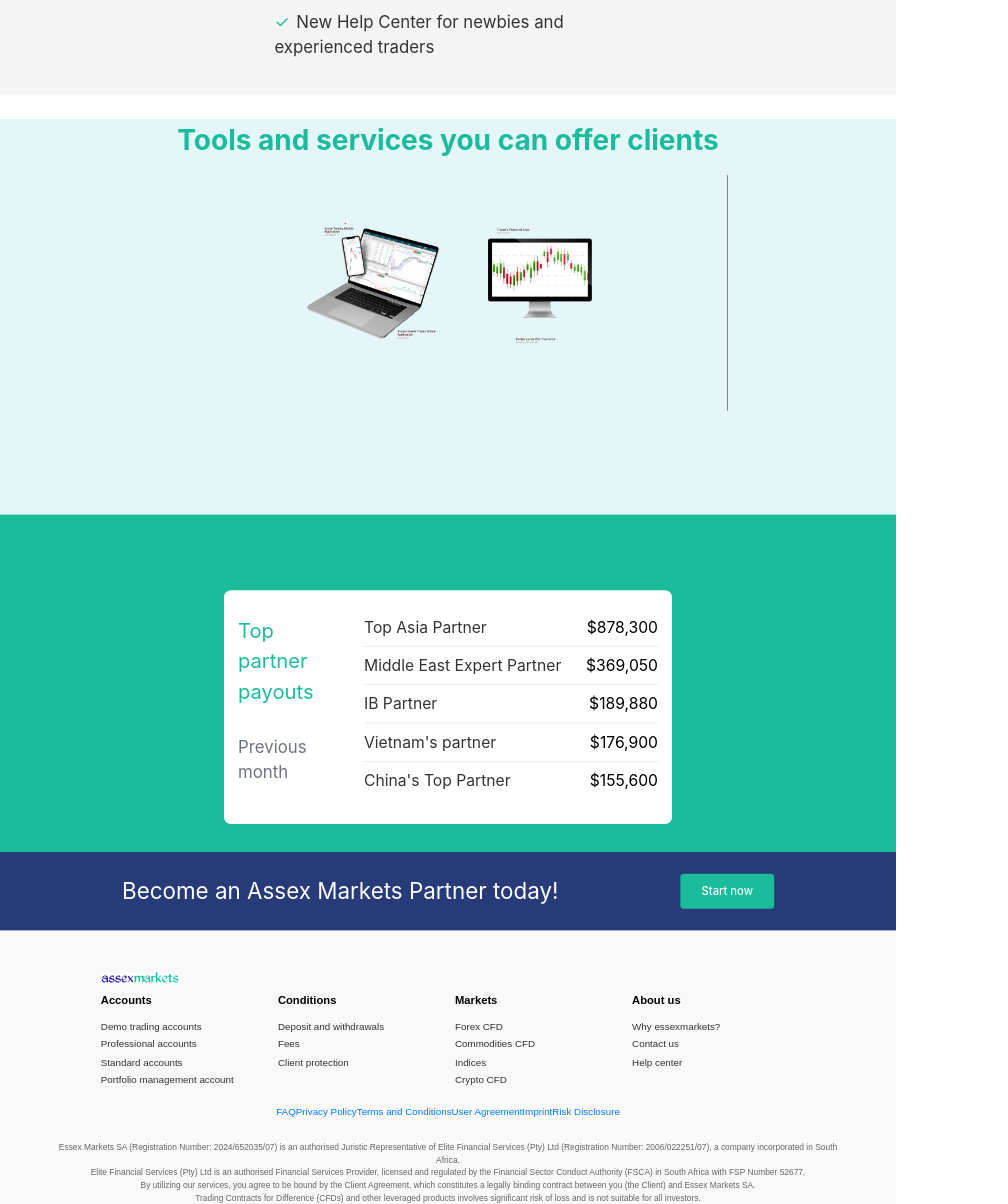
Repository: RevenewMarketing/Assex
Page: /partner
The author's editor kept a copy of each file at every save. The page is drawn from the files as they stood at one save, then again after the next save.
The browser window is 1280 px wide. The page is 1280 px wide, then 1440 px, so the pictures cover 1440 px, including what lies to the right of the window. The pictures show the part of the page from y = 3613 to 5333 px (the page is 5462 px tall before and 4977 px after), at 70% of full size.
The project was rebuilt for these pictures with package versions that can differ from the ones it lists, and the page was loaded fresh each time. Also part of the build but not shown: vite.config.ts, src/pages/home/sections/HeroSection.module.css, src/pages/home/sections/HeroSection.tsx, src/pages/home/sections/Section2.tsx, src/pages/home/sections/Section3.tsx, src/pages/home/sections/Section4.tsx, src/pages/home/sections/Section5.tsx, src/pages/home/sections/Section6.tsx and 10 more.

Above is the page before, as saved 2024-11-28 01:33:45.

### index.html
<!doctype html>
<html lang="en">
  <head>
    <meta charset="UTF-8" />
    <link rel="icon" type="image/svg+xml" href="/vite.svg" />
    <meta name="viewport" content="width=device-width, initial-scale=1.0" />
    <title>Assex</title>
  </head>
  <body>
    <div id="root"></div>
    <script type="module" src="/src/main.tsx"></script>
  </body>
</html>

### src/index.css
:root {
  font-family: Inter, system-ui, Avenir, Helvetica, Arial, sans-serif;
  line-height: 1.5;
  font-weight: 400;
  color-scheme: light dark;
  color: rgba(255, 255, 255, 0.87);
  background-color: #ffffff;
  font-synthesis: none;
  max-width: 1920px;
  margin: auto;
  text-rendering: optimizeLegibility;
  -webkit-font-smoothing: antialiased;
  -moz-osx-font-smoothing: grayscale;
}

a {
  font-weight: 500;
  color: #646cff;
  text-decoration: inherit;
}

a:hover {
  color: #535bf2;
}

body {
  margin: 0;
  display: flex;
  place-items: center;
  min-width: 320px;
  min-height: 100vh;
  background-color: #FFF;
  /* align-content: center; */
  flex-direction: column;
  justify-content: flex-start;
}

h1 {
  font-size: 3.2em;
  line-height: 1.1;
}

button {
  border-radius: 8px;
  border: 1px solid transparent;
  padding: 0.6em 1.2em;
  font-size: 1em;
  font-weight: 500;
  font-family: inherit;
  background-color: #1a1a1a;
  cursor: pointer;
  transition: border-color 0.25s;
}

button:hover {
  border-color: #646cff;
}

button:focus,
button:focus-visible {
  outline: 4px auto -webkit-focus-ring-color;
}

@media (prefers-color-scheme: light) {
  :root {
    color: #213547;
    background-color: #ffffff;
  }

  a:hover {
    color: #747bff;
  }

  button {
    background-color: #f9f9f9;
  }
}

### src/App.tsx

import './App.css'
// import Navigation from './pages/home/Navigation'
import NavigationMenu from './components/navigation-menu/NavigationMenu'

import { BrowserRouter, Route, Routes } from 'react-router';
import Home from './pages/home/Home';
import Footer from './components/footer-section/Footer';
import About from './pages/about/About';
import Partner from './pages/partner/Partner';

function App() {

  return (
    <>
    <BrowserRouter>
    <NavigationMenu />
    <Routes>
      <Route path="/" element={<Home />} />
      <Route path="/about" element={<About />} />
      <Route path="/partner" element={<Partner />} />
      {/* Define other routes */}
    </Routes>
    <Footer />
  </BrowserRouter>


    </>
  )
}

export default App

### src/App.css
#root {
  max-width: 1920px;
  width: 100%;
  margin: 0 auto;
  padding: 0;
  text-align: center;
}

.logo {
  height: 6em;
  padding: 1.5em;
  will-change: filter;
  transition: filter 300ms;
}
.logo:hover {
  filter: drop-shadow(0 0 2em #646cffaa);
}
.logo.react:hover {
  filter: drop-shadow(0 0 2em #61dafbaa);
}

@keyframes logo-spin {
  from {
    transform: rotate(0deg);
  }
  to {
    transform: rotate(360deg);
  }
}

@media (prefers-reduced-motion: no-preference) {
  a:nth-of-type(2) .logo {
    animation: logo-spin infinite 20s linear;
  }
}

.card {
  padding: 2em;
}

.read-the-docs {
  color: #888;
}

/* Auth Buttons */
.authButtons {
  /* margin-left: auto; */
  display: flex;
  gap: 10px;
}

### src/pages/partner/Partner.tsx
import Section1 from "./sections/Section1"
import Section2 from "./sections/Section2"
import Section3 from "./sections/Section3"
import Section4 from "./sections/Section4"


const Partner = () => {
  return (
    <div>
      <Section1 />
      <Section2 />
      <Section3 />
      <Section4 />
    </div>
  )
}

export default Partner

### src/components/navigation-menu/NavigationMenu.module.css
.navigationContainer {
  position: relative;
  font-family: Arial, sans-serif;
}

/* Navigation Bar */
.navigationBar {
  position: fixed;
  top: 0;
  left: 0;
  width: 100%;
  display: flex;
  background-color: #ffffff;
  padding: 10px 20px;
  box-sizing: border-box;
  z-index: 1001;
  justify-content: center;
}

/* Menu Item Container */
.menuItemContainer {
  margin-right: 20px;
}

/* Menu Items */
.menuItem {
  background: none;
  border: none;
  color: rgb(34, 34, 34);
  font-size: 16px;
  cursor: pointer;
  transition: opacity 0.3s;
}

.menuItem:hover {
  opacity: 0.7;
}

.active {
  opacity: 0.5;
}



.languageSelector {
  margin-left: 20px;
  display: flex;
  align-items: center;
  font-size: 14px;
  color: #000000d8;
  cursor: pointer;
}

.globeIcon {
  margin-right: 5px;

}

/* Submenu */
.submenu {
  position: fixed;
  top: 50px;
  left: 0;
  width: 100%;
  height: 300px;
  background-color: #ffffff;
  box-shadow: 0 4px 8px rgba(0, 0, 0, 0.2);
  padding: 20px;
  box-sizing: border-box;
  z-index: 1000;
  opacity: 0;
  transform: translateY(-100%);
}

.submenuContent {
  display: flex
  ;
      justify-content: flex-start;
      gap: 10dvw;
      padding: 0 5dvw;
}

.submenuSection h4 {
  color: #0000003d;
}

.submenuSection {
  text-align: left;
}

.submenuSection a {
  color: #000000;
  text-decoration: none;
  cursor: pointer;
  transition: color 0.3s;
}

.submenuSection a:hover {
  color: #00b074;
  transition: color 0.3s;
}

/* Fade In Animation */
.fadeIn {
  animation: slide-in-top 0.3s cubic-bezier(0.25, 0.46, 0.45, 0.94) forwards;
}

@keyframes slide-in-top {
  0% {
    transform: translateY(-100%);
    opacity: 0;
  }
  100% {
    transform: translateY(0);
    opacity: 1;
  }
}

/* Fade Out Animation */
.fadeOut {
  animation: slide-out-top 0.3s cubic-bezier(0.25, 0.46, 0.45, 0.94) forwards;
}

@keyframes slide-out-top {
  0% {
    transform: translateY(0);
    opacity: 1;
  }
  100% {
    transform: translateY(-100%);
    opacity: 0;
  }
}

/* Overlay */
.overlay {
  position: fixed;
  top: 50px;
  left: 0;
  width: 100%;
  height: calc(100% - 50px);
  background: rgba(0, 0, 0, 0.5);
  z-index: 999;
  opacity: 0;
  visibility: hidden;
  transition: opacity 0.3s ease, visibility 0.3s ease;
}

.fadeInOverlay {
  opacity: 1;
  visibility: visible;
  backdrop-filter: blur(5px);
}

.fadeOutOverlay {
  opacity: 0;
  visibility: hidden;
}

/* Page Content */
.pageContent {
  /* padding: 80px 20px 20px 20px; */
  transition: opacity 0.3s;
}

.dimmed {
  opacity: 0.3;
}

### src/components/ReusableButton.tsx

import styles from './GlobalComponentStyles.module.css';

type Props = {
  link?: string;
  text: string;
  type: 'register' | 'sign-in' | 'logout' | 'profile' | 'settings' | 'help' | 'free-trial' | 'learn-more' | 'dark' | 'light';
};

export default function ReusableButton({ link, text, type }: Props) {
  return (
      <button
      style={{
        backgroundColor: type === 'register' ? '#19BC9C' :
        type === 'sign-in' ? '#F4F6F7' :
        type === 'logout' ? '#FF6347' :
        type === 'profile' ? '#FFA07A' :
        type === 'settings' ? '#FF7F50' :
        type === 'help' ? '#FFA500' :
        type === 'free-trial' ? '#FFD700' :
        type === 'learn-more' ? '#FF4500' :
        type === 'dark' ? '#4C4B4D' :
        type === 'light' ? '#fff' : '#000',
        color: type === 'dark' ? '#fff' : '#000'
      }}
        className={styles.registerButton}
        onClick={() => window.open(link, '_blank')}
      >{text}
      </button>

  );
}

### src/components/footer-section/FooterStyles.module.css
.footerContainer {
  background-color: #f9f9f9;
  color: #333;
  padding: 60px 20px;
  font-family: Arial, sans-serif;
  font-size: 14px;
  line-height: 1.8;
}

.footerContainer h4 {
  font-size: 16px;
  font-weight: bold;
  margin-bottom: 10px;
  color: #000;
  text-align: left;
  margin-top: 0;
}

.footerContainer ul {
  list-style-type: none;
  padding: 0;
  margin: 0;
  text-align: left;
}

.footerContainer ul li {
  margin-bottom: 0px;
  cursor: pointer;
}

.footerContainer ul li:hover {
  color: #00b894;
}

.footerContainer .columnsContainer {
  display: flex;
  justify-content: space-between;
  gap: 20px;
  flex-wrap: wrap;
  margin-bottom: 40px;
  width: 80%;
  margin: auto;
}

.footerContainer .columnsContainer>div {
  flex: 1;
  min-width: 180px;
  /* Ensures alignment and proper spacing */
}



.footerContainer .linksContainer {
  text-align: center;
  margin: 20px 0 30px;
}

.footerContainer .linksContainer a {
  color: #007bff;
  text-decoration: none;
  margin: 0px;
  font-size: 14px;
}

.footerContainer .linksContainer a:hover {
  text-decoration: underline;
}

.footerContainer .details {
  font-size: 12px;
  color: #666;
  line-height: 1.5;
  margin: 20px auto;
  text-align: center;
  width: 90%;
}

.footerContainer .details p {
  margin-bottom: 15px;
}

.footerContainer .logoContainer {
  text-align: left;
  margin: auto;
  width: 80%;
}

.footerContainer .logoContainer img {
  max-width: 150px;
}

.footerContainer .copyright {
  text-align: center;
  font-size: 14px;
  margin-top: 30px;
}

.details p {
  margin: 0 !important;
}

### src/pages/partner/sections/Section1.tsx
import styles from './Section1.module.css';
import backgroundImage from '../../../assets/pages/Partner/1-hero-banner-partner.jpg';

const section1Content = {
  title: "ASSEX MARKETS PARTNERSHIP PROGRAMS",
  description: "Earn a stable income by introducing clients to a global market leader",
  backgroundImage: backgroundImage, // Replace with your background image path
  buttonLink: "https://my.assexmarkets.com/auth/register",
};

const Section1: React.FC = () => {
  return (
    <section
      style={{
        backgroundImage: `url(${section1Content.backgroundImage})`,
      }}
      className={styles.section1}
    >
      <div className={styles.overlay}></div>
      <div className={styles.content}>
        <h1 className={styles.title}>{section1Content.title}</h1>
        <p className={styles.description}>{section1Content.description}</p>
        <button onClick={
          () => {
            window.open(section1Content.buttonLink, "_blank");
        }} className={styles.startButton}>Start now</button>
      </div>
      <div className={styles.details}>
        <p>2000 Partners</p>
        <p>$12 Million Paid to the partners</p>
        <p>$110K Top partner payout per month</p>
      </div>
    </section>
  );
};

export default Section1;

### src/pages/partner/sections/Section2.tsx

import styles from './Section2.module.css';
import box1 from '../../../assets/pages/Partner/2-section1-icon1.png';
import box2 from '../../../assets/pages/Partner/2-section1-icon2.png';

const section2Content = {
  title: "What we offer",
  cards: [
    {
      icon: box1,
      title: "Introducing Broker Program",
      description: "You get up to 40% of our revenue Earn up to 40% of our revenue from every active trader you refer to us. If they’re trading, you’re earning.",
      buttonText: "Learn more"
    },
    {
      icon: box2,
      title: "Affiliate Program",
      description: "You get up to $1850 of our revenue We are leading the industry with scheduled and attractive payouts. We offer a range of commission plans, so you can choose the best fit for you.",
      buttonText: "Learn more"
    }
  ]
};

const Section2: React.FC = () => {
  return (
    <section className={styles.section2}>

      <h2 className={styles.title}>{section2Content.title}</h2>
      <div className={styles.cardsContainer}>
        {section2Content.cards.map((card, index) => (

          <div key={index} className={styles.card}>
            <img src={card.icon} alt="icon" className={styles.cardIcon} />
            <h3 className={styles.cardTitle}>{card.title}</h3>
            <p className={styles.cardDescription}>{card.description}</p>
            <button className={styles.learnMoreButton}>{card.buttonText}</button>
          </div>
        ))}
      </div>
    </section>
  );
};

export default Section2;

### src/pages/partner/sections/Section3.tsx

import styles from './Section3.module.css';
import globeImage from '../../../assets/pages/Partner/3-section2-card1.png';
import cardsImage1 from '../../../assets/pages/Partner/3-section2-card2.png';
import statsImage from '../../../assets/pages/Partner/3-section2-card3.png';
import phoneImage from '../../../assets/pages/Partner/3-section2-card4.png';
import cardsImage2 from '../../../assets/pages/Partner/3-section2-card5.png';
import cardImage3 from '../../../assets/pages/Partner/3-section2-card6.png';


const section3Content = {
  title: "Why become an Assex Markets partner?",
  images: [
    globeImage,
    cardsImage1,
    statsImage,
    phoneImage,
    cardsImage2,
    cardImage3
  ],
  reasons: [
    "Trusted market leader – Assex Markets brokers are licensed",
    "Highest forex leverage in the market",
    "Instant deposits and withdrawals",
    "24/7 client support",
    "Wide variety of payment systems with zero commission",
    "New Help Center for newbies and experienced traders"
  ]
};

const Section3: React.FC = () => {
  return (
    <section className={styles.section3}>
      <h2 className={styles.title}>{section3Content.title}</h2>
      <div className={styles.featuresContainer}>
        {section3Content.images.map((image, index) => (
          <img key={index} src={image} alt="featured Images"/>
        ))}
      </div>
      <h2 className={styles.reasonsTitle}>Why clients will love us...</h2>
      <ul className={styles.reasonsList}>
        {section3Content.reasons.map((reason, index) => (
          <li key={index} className={styles.reason}>{reason}</li>
        ))}
      </ul>
    </section>
  );
};

export default Section3;

### src/pages/partner/sections/Section4.tsx
import React from 'react';
import styles from './Section4.module.css';
import devicesImage from '../../../assets/pages/Partner/4-section5-devices-image.png';

const section4Content = {
  title: "Tools and services you can offer clients",
  images: [
    {
      src: devicesImage,
      alt: "Devices"
    }
  ],
  payouts: [
    {
      partner: "Top Asia Partner",
      amount: "$878,300"
    },
    {
      partner: "Middle East Expert Partner",
      amount: "$369,050"
    },
    {
      partner: "IB Partner",
      amount: "$189,880"
    },
    {
      partner: "Vietnam's partner",
      amount: "$176,900"
    },
    {
      partner: "China's Top Partner",
      amount: "$155,600"
    }
  ],
  cta: "Become an Assex Markets Partner today!"
};

const Section4: React.FC = () => {
  return (
    <section className={styles.section4}>
      <h2 className={styles.title}>{section4Content.title}</h2>
      <div className={styles.imagesContainer}>
        {section4Content.images.map((image, index) => (
          <div key={index} className={styles.imageWrapper}>
            <img src={image.src} alt={image.alt} className={styles.image} />
          </div>
        ))}
      </div>
     <div className={styles.payoutsContainer_wrapper}>
        <div className={styles.payoutsContainer}>
          <div className={styles.payoutsContainer_context}>
            <h3 className={styles.payoutsTitle}>Top partner payouts</h3>
            <p className={styles.payoutsSubtitle}>Previous month</p>
          </div>
          <ul className={styles.payoutsList}>
            {section4Content.payouts.map((payout, index) => (
              <li key={index} className={styles.payoutItem}>
                <span className={styles.payoutPartner}>{payout.partner}</span>
                <span className={styles.payoutAmount}>{payout.amount}</span>
              </li>
            ))}
          </ul>
        </div>
     </div>
      <div className={styles.sectionFooter} >
        <p>Become an Assex Markets Partner today!</p>
        <button className={styles.ctaButton}>Start now</button>
      </div>
    </section>
  );
};

export default Section4;

### src/components/GlobalComponentStyles.module.css


.registerButton {
  background-color: #00b074;
  color: white;
  border: none;
  padding: 8px 16px;
  font-size: 14px;
  border-radius: 4px;
  cursor: pointer;
}

.signInButton {
  background-color: #f4f4f4;
  color: #333;
  border: 1px solid #ccc;
  padding: 8px 16px;
  font-size: 14px;
  border-radius: 4px;
  cursor: pointer;
}

### src/pages/partner/sections/Section1.module.css
.section1 {
  position: relative;
  background-size: cover;
  background-position: center;
  height: 760px;
  display: flex;
  align-items: center;
  justify-content: space-between;
  color: white;
  padding: 0 40px;
}

.overlay {
  position: absolute;
  top: 0;
  right: 0;
  width: 100%; /* Adjusts the gradient coverage */
  height: 100%;

  z-index: 1;
}

.content {
  position: relative;
  z-index: 2;
  max-width: 50%;
  text-align: left;
}

.content p {
  font-size: 1rem;
  line-height: 1.5;
}

.title {
  font-size: 4.5rem;
  font-weight: bold;
  margin-bottom: 20px;
  text-transform: uppercase;
}

.description {
  font-size: 2rem;
  line-height: 1.2;
  margin-bottom: 20px;
}

.startButton {
  padding: 10px 20px;
  background-color: #1ABC9C;
  color: white;
  border: none;
  border-radius: 5px;
  cursor: pointer;
  font-size: 1rem;
}

.details {
  position: relative;
  z-index: 2;
  max-width: 50%;
  text-align: left;
  margin-left: auto;
  width: 375px;
}

.details p {
  font-size: 2rem;
  line-height: 1.5;
}

### src/pages/partner/sections/Section2.module.css
.section2 {
  background-image: url("../../../assets/pages/Homepage/3-Section-3-BG.png");
  background-size: cover;
  background-position: center;
  color: white;
  padding: 40px 20px;
  text-align: center;
  min-height: 50dvh;
}

.title {
  font-size: 5rem;
  margin-bottom: 40px;
}

.cardsContainer {
  display: flex;
  justify-content: space-evenly;

}

.card {
  background-color: white;
  color: #000000;
  border-radius: 10px;
  padding: 3rem;
  flex: 1;
  max-width: 25%;
  text-align: left;
  display: flex;
  flex-direction: column;
  align-items: center;
  justify-content: space-between;
}

.cardIcon {
  width: 40px;
  margin: 0px;
  color: #1ABC9C;
  /* Blue color for the icon */
}

.cardTitle {
  font-size: 2rem;
  margin-bottom: 10px;
  color: #1ABC9C;
  font-weight: 400;
}

.cardDescription {
  font-size: 1.5rem;
  font-weight: 300;
  margin-bottom: 20px;
}

.learnMoreButton {
  padding: 10px 20px;
  background-color: #1ABC9C;
  /* Blue background for the button */
  color: white;
  border: none;
  border-radius: 5px;
  cursor: pointer;
  font-size: 1rem;
}

.learnMoreButton:hover {
  background-color: #1ABC9C;
  /* Darker blue on hover */
}

### src/pages/partner/sections/Section3.module.css
.section3 {
  background-color: #f5f5f5;
  /* Light background */
  color: #333;
  padding: 40px 20px;
  text-align: center;
}

.title {
  font-size: 5rem;
  margin-bottom: 40px;
  color: #1ABC9C;
  /* Blue color for the title */
}

.featuresContainer {
  display: flex;
  justify-content: center;
  gap: 20px;
  flex-wrap: wrap;
  margin-bottom: 40px;
  flex-direction: row;
  max-width: 65%;
  margin: auto;
  position: relative;
}

.featuresContainer img {
  transition: transform 0.3s ease;
}

.featuresContainer img:hover {
  transform: scale(1.05);
  transition: transform 0.3s ease;
  border: 1px solid #1ABC9C;
  border-radius: 10px;
}

.feature {
  background-color: white;
  border-radius: 10px;
  padding: 20px;
  flex: 1;
  max-width: 300px;
  text-align: center;
  box-shadow: 0 4px 8px rgba(0, 0, 0, 0.1);
}

.featureImage {
  max-width: 100%;
  height: auto;
  margin-bottom: 10px;
}

.featureTitle {
  font-size: 1.5rem;
  margin-bottom: 10px;
  color: #1ABC9C;
  /* Blue color for the title */
}

.featureDescription {
  list-style-type: none;
  padding: 0;
}

.featureDescription li {
  font-size: 1rem;
  margin-bottom: 5px;
}

.reasonsTitle {
  font-size: 2rem;
  margin-bottom: 20px;
  color: #1ABC9C;
  font-weight: 300;
}

.reasonsList {
  list-style-type: none;
  padding: 0;
  text-align: left;
  margin: auto;
  max-width: 40%;
}

.reason {
  font-size: 1.5rem;
  margin-bottom: 10px;
}

.reason::before {
  content: "✓";
  color: #1ABC9C;
  /* Blue color for the checkmark */
  margin-right: 10px;
}

### src/pages/partner/sections/Section4.module.css
.section4 {
  background-color: #e5f6f9;
  /* Light green background */
  color: #333;

  text-align: center;
  position: relative;
}

.title {
  font-size: 2.5rem;
  margin-bottom: 20px;
  color: #1ABC9C;
  /* Blue color for the title */
}

.imagesContainer {
  display: flex;
  justify-content: center;
  margin-bottom: 40px;
}

.imageWrapper {
  position: relative;
  width: 100%;
  max-width: 800px;
}

.image {
  width: 100%;
  height: auto;
}

.payoutsContainer_wrapper {
  background-color: #1ABC9C;
  min-height: 30dvh;
  display: flex;
  align-items: center;
  justify-content: center;
  flex-direction: column;
  padding-top: 15dvh;
}

.payoutsContainer {
  background-color: white;
  padding: 20px;
  border-radius: 10px;
  max-width: 600px;
  margin: 0 auto 40px;
  text-align: left;
  display: flex;
  justify-content: space-between;
}

.payoutsContainer_context {
  width: 20%;
}

.payoutsContainer_context h3 {
  font-size: 1.8rem;
  margin: 0;
  color: #1ABC9C;
  font-weight: 400;
  margin-top: 16px;
}

.payoutsContainer_context p {
  font-size: 1.5rem;
  margin-top: 40px;
  color: #6b7280;
}

.payoutsContainer ul {
  width: 70%;
}

.payoutsTitle {
  font-size: 1.5rem;
  margin-bottom: 10px;
  color: #1ABC9C;
  /* Blue color for the title */
}

.payoutsSubtitle {
  font-size: 1rem;
  margin-bottom: 20px;
  color: #6b7280;
  /* Gray color for the subtitle */
}

.payoutsList {
  list-style-type: none;
  padding: 0;
}

.payoutItem {
  display: flex;
  justify-content: space-between;
  margin-bottom: 10px;
  border-bottom: 1px solid #e5e7eb;
  padding-bottom: 10px;
}

.payoutItem:last-child {
  border-bottom: none;
  padding-bottom: 0;
}

.payoutPartner {
  font-size: 1.4rem;
  color: #333;
}

.payoutAmount {
  font-size: 1.4rem;
  color: #000000;
  /* Blue color for the amount */
}

.sectionFooter {
  width: 100%;
  background-color: #283B79;
  /* padding: 20px; */
  color: white;
  display: flex;
  flex-direction: row;
  flex-wrap: wrap;
  justify-content: space-evenly;
  align-items: center;
}

.sectionFooter p {
  font-size: 2rem;
}

.ctaButton {
  padding: 15px 30px;
  background-color: #1ABC9C;
  /* Blue background for the button */
  color: white;
  border: none;
  border-radius: 5px;
  cursor: pointer;
  font-size: 1rem;
  position: relative;
  z-index: 1;
}

.ctaButton:hover {
  background-color: #1ABC9C;
  /* Darker blue on hover */
}

Loaded but not shown: src/main.tsx (common file); src/components/navigation-menu/NavigationMenu.tsx (254 lines, source omitted); src/components/footer-section/Footer.tsx (87 lines, source omitted)

After the next save:
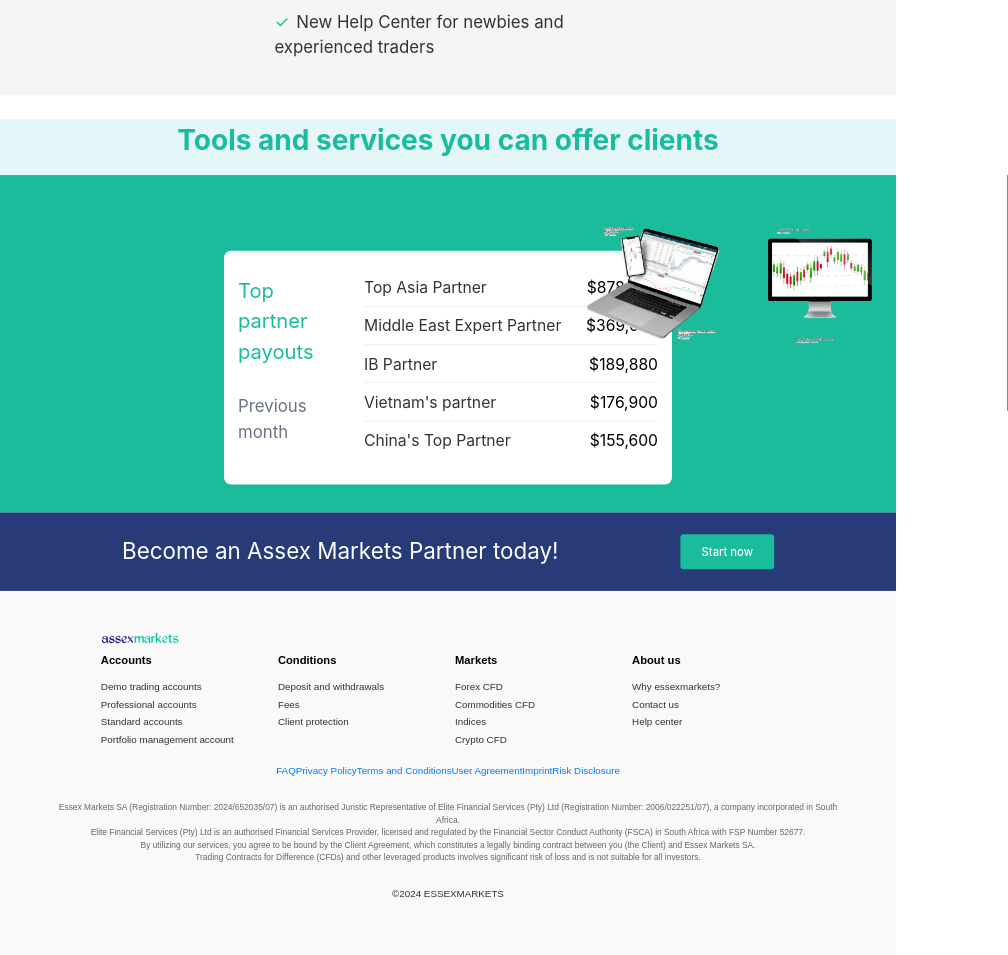
Saved 37 s later.
--- a/src/pages/partner/sections/Section4.module.css
+++ b/src/pages/partner/sections/Section4.module.css
@@ -17,7 +17,11 @@
 .imagesContainer {
   display: flex;
   justify-content: center;
-  margin-bottom: 40px;
+position: relative;
+}
+
+.imagesContainer img {
+  position: absolute;
 }
 
 .imageWrapper {
